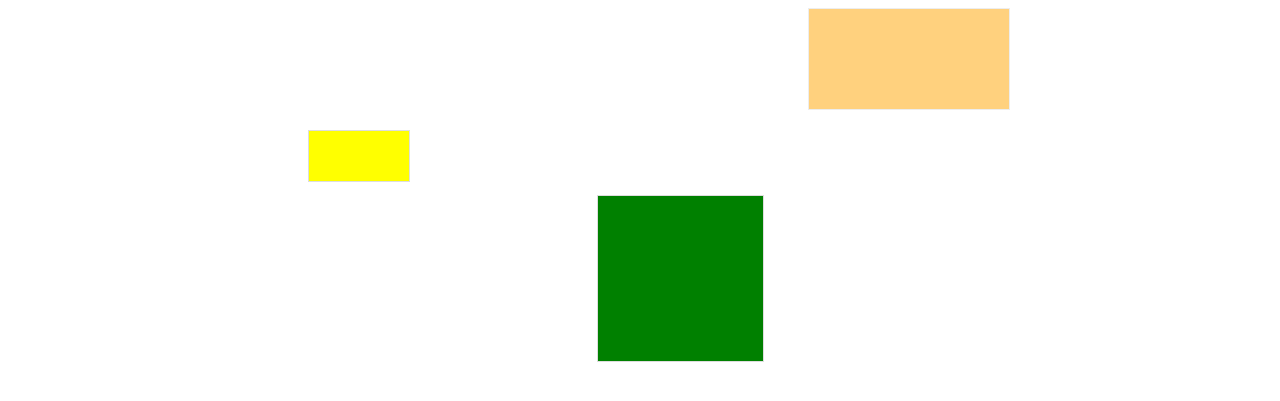
Repository: KangSuA/JSP
Page: webApp/src/main/webapp/jquery/jq15_animate.html
The author's editor kept a copy of each file at every save. The page is drawn from the files as they stood at one save, then again after the next save.
The browser window is 1280 px wide. The pictures show the whole page.

Above is the page before, as saved 2023-02-15 08:31:21.

After the next save:
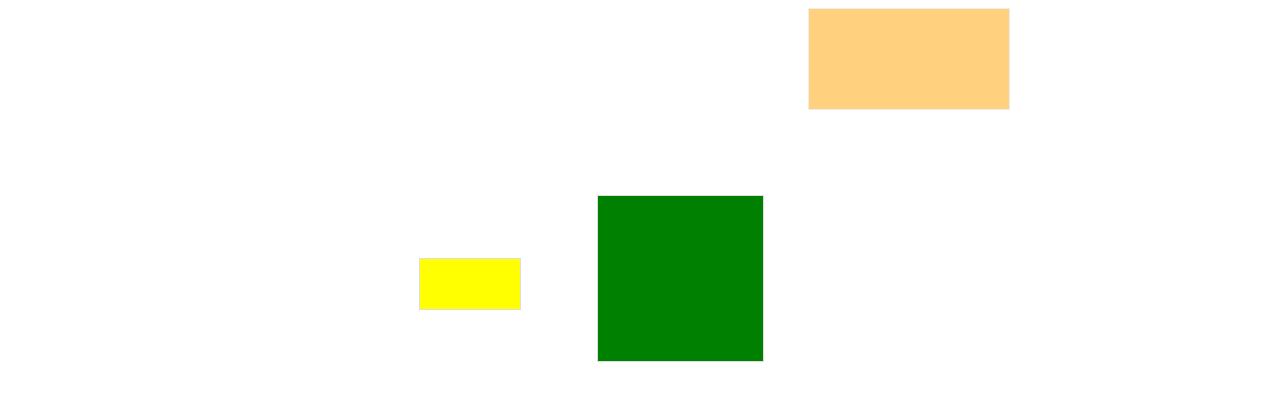
Saved 2 min 43 s later.
--- a/webApp/src/main/webapp/jquery/jq15_animate.html
+++ b/webApp/src/main/webapp/jquery/jq15_animate.html
@@ -4,6 +4,7 @@
 <meta charset="UTF-8">
 <title>Insert title here</title>
 <!--
+	http://jqueryui.com/easing
 	https://jqueryui.com/download/all에서 jquery-ui-1.13.2.zip을 다운로드 한다.
 
 	1. jquery-ui.min.css
@@ -25,7 +26,11 @@
 		//slow,fast,normal,밀리초
 		$("#d1").animate({left:800,width:200, opacity:0.5},3000,'easeOutBounce');
 
-		$("#d2").animate({left:900,top:100},4000).animate({left:300,top:20, height:50},300);
+		$("#d2").animate({left:900,top:100},4000).animate({left:300,top:20, height:50},300)
+		.animate({top:600, left:800},4000,'easeOutBounce',function(){
+			$("#d3").css('background-color','blue');
+			alert('콜백함수가 실행됨.');
+		});
 
 		//delay() : 애니메이션 출발 전 대기시간 설정
 		$("#d3").delay(2000).animate({left:900, top:50, width:200, height:200},5000);
